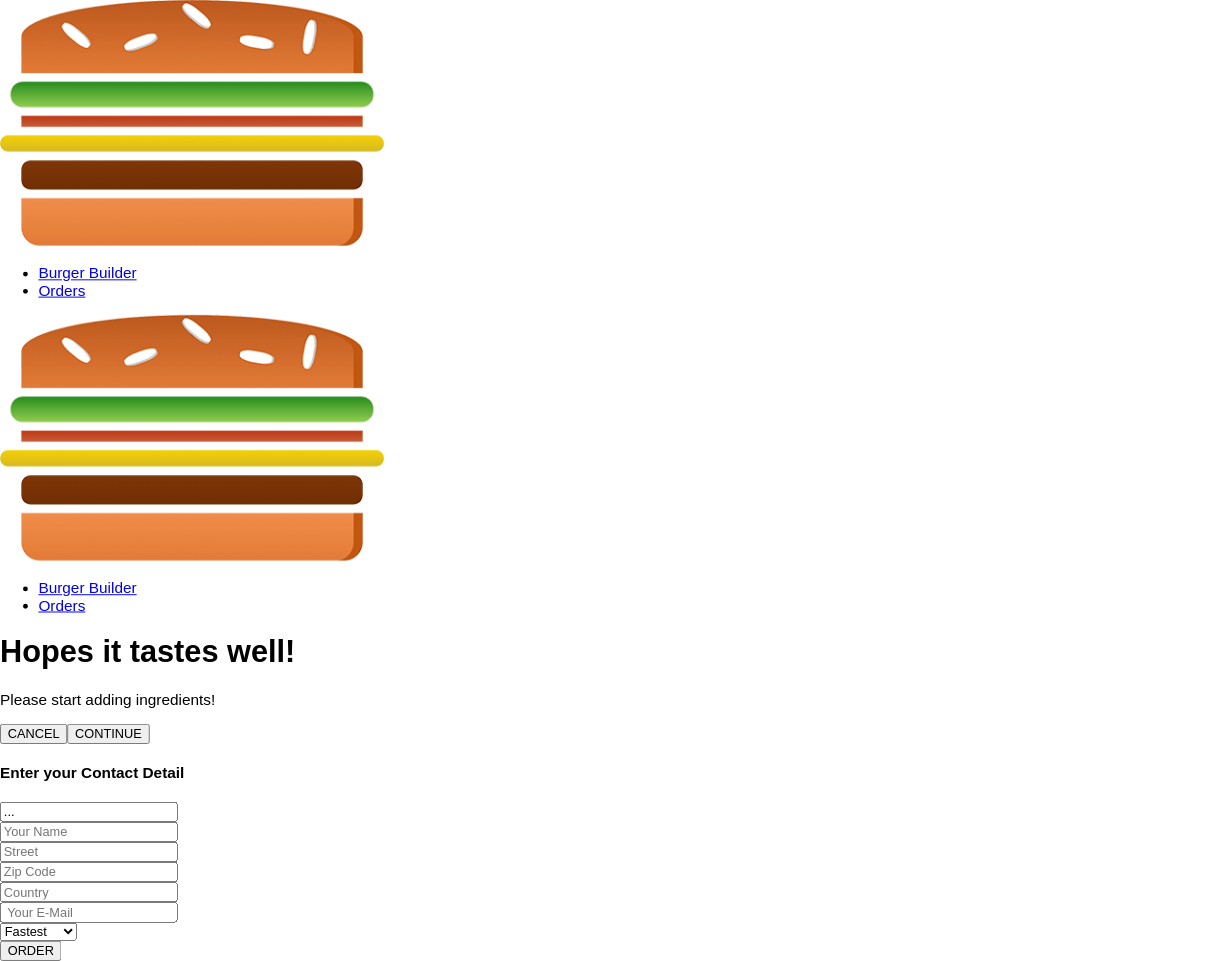
Repository: nidhi-abrol-sethi/react-burger-builder
Page: /checkout/contact-data
The author's editor kept a copy of each file at every save. The page is drawn from the files as they stood at one save, then again after the next save.
The browser window is 1280 px wide. The pictures show the whole page, at 96% of full size.
The project was rebuilt for these pictures with package versions that can differ from the ones it lists, and the page was loaded fresh each time. Also part of the build but not shown: src/hoc/Layout/Layout.css, src/components/Navigation/Toolbar/Toolbar.css, src/components/Logo/Logo.css, src/components/Navigation/NavigationItems/NavigationItems.css, src/components/Navigation/NavigationItem/NavigationItem.css, src/components/Navigation/SideDrawer/DrawerToggle/DrawerToggle.css, src/components/UI/Backdrop/Backdrop.css, src/components/Navigation/SideDrawer/SideDrawer.css and 20 more.

Above is the page before, as saved 2020-05-28 13:03:24.

### public/index.html
<!DOCTYPE html>
<html lang="en">

<head>
  <meta charset="utf-8">
  <meta name="viewport" content="width=device-width, initial-scale=1, shrink-to-fit=no">
  <meta name="theme-color" content="#000000">
  <!--
      manifest.json provides metadata used when your web app is added to the
      homescreen on Android. See https://developers.google.com/web/fundamentals/engage-and-retain/web-app-manifest/
    -->
  <link rel="manifest" href="%PUBLIC_URL%/manifest.json">
  <link rel="shortcut icon" href="%PUBLIC_URL%/favicon.ico">
  <!--
      Notice the use of %PUBLIC_URL% in the tags above.
      It will be replaced with the URL of the `public` folder during the build.
      Only files inside the `public` folder can be referenced from the HTML.

      Unlike "/favicon.ico" or "favicon.ico", "%PUBLIC_URL%/favicon.ico" will
      work correctly both with client-side routing and a non-root public URL.
      Learn how to configure a non-root public URL by running `npm run build`.
    -->
  <link href="https://fonts.googleapis.com/css2?family=Open+Sans:wght@400;700&display=swap" rel="stylesheet">
  <title>MyBurger</title>
</head>

<body>
  <noscript>
    You need to enable JavaScript to run this app.
  </noscript>
  <div id="root"></div>
  <!--
      This HTML file is a template.
      If you open it directly in the browser, you will see an empty page.

      You can add webfonts, meta tags, or analytics to this file.
      The build step will place the bundled scripts into the <body> tag.

      To begin the development, run `npm start` or `yarn start`.
      To create a production bundle, use `npm run build` or `yarn build`.
    -->
</body>

</html>

### src/index.js
import React from "react";
import ReactDOM from "react-dom";
import "./index.css";
import App from "./App";
import { BrowserRouter } from "react-router-dom";
import registerServiceWorker from "./registerServiceWorker";

const app = (
  <BrowserRouter>
    <App />
  </BrowserRouter>
);

ReactDOM.render(app, document.getElementById("root"));
registerServiceWorker();

### src/index.css
body {
  margin: 0;
  padding: 0;
  font-family: "Open-Sans", sans-serif;
}

### src/App.js
import React, { Component } from "react";
import { Route, Switch } from "react-router-dom";
import Layout from "./hoc/Layout/Layout";
import BurgerBuild from "./containers/BurgerBuild/BurgerBuild";
import Checkout from "./containers/Checkout/Checkout";
import Orders from "./containers/Orders/Orders";

class App extends Component {
  render() {
    return (
      <div>
        <Layout>
          <Switch>
            <Route path="/checkout" component={Checkout} />
            <Route path="/orders" component={Orders} />
            <Route path="/" exact component={BurgerBuild} />
          </Switch>
        </Layout>
      </div>
    );
  }
}

export default App;

### src/hoc/Layout/Layout.js
import React, { Component } from "react";

import Aux from "../Aux/Aux";
import classes from "./Layout.css";
import Toolbar from "../../components/Navigation/Toolbar/Toolbar";
import SideDrawer from "../../components/Navigation/SideDrawer/SideDrawer";

class Layout extends Component {
  state = {
    showSideDrawer: true
  };
  sideDrawerClosedHandler = () => {
    this.setState({ showSideDrawer: false });
  };
  sideDrawerToggleHandler = () => {
    this.setState(prevState => {
      return { showSideDrawer: !prevState.showSideDrawer };
    });
  };
  render() {
    return (
      <Aux>
        <Toolbar drawerToggleClicked={this.sideDrawerToggleHandler} />
        <SideDrawer
          open={this.state.showSideDrawer}
          closed={this.sideDrawerClosedHandler}
        />
        <main className={classes.Content}>{this.props.children}</main>
      </Aux>
    );
  }
}

export default Layout;

### src/containers/Checkout/Checkout.js
import React, { Component } from "react";
import { Route } from "react-router-dom";
import CheckoutSummary from "../../components/Order/CheckoutSummary/CheckoutSummary";
import ContactData from "../Checkout/ContactData/ContactData";

class Checkout extends Component {
  state = {
    ingredients: null,
    price: 0
  };

  componentWillMount() {
    const query = new URLSearchParams(this.props.location.search);
    const ingredients = {};
    let price = 0;
    for (let param of query.entries()) {
      if (param[0] === "price") {
        price = param[1];
      } else {
        //['salad','1']
        ingredients[param[0]] = +param[1];
      }
    }
    this.setState({ ingredients: ingredients, totalPrice: price });
  }
  checkoutCancelledHandler = () => {
    this.props.history.goBack();
  };
  checkoutContinuedHandler = () => {
    this.props.history.replace("/checkout/contact-data");
  };
  render() {
    return (
      <div>
        <CheckoutSummary
          ingredients={this.state.ingredients}
          checkoutCancelled={this.checkoutCancelledHandler}
          checkoutContinued={this.checkoutContinuedHandler}
        />
        <Route
          path={this.props.match.path + "/contact-data"}
          render={props => (
            <ContactData
              ingredients={this.state.ingredients}
              price={this.state.totalPrice}
              {...props}
            />
          )}
        />
      </div>
    );
  }
}

export default Checkout;

### src/components/Navigation/Toolbar/Toolbar.js
import React from "react";

import classes from "./Toolbar.css";
import Logo from "../../Logo/Logo";
import NavigationItems from "../NavigationItems/NavigationItems";
import DrawerToggle from "../SideDrawer/DrawerToggle/DrawerToggle";

const toolbar = props => (
  <header className={classes.Toolbar}>
    <DrawerToggle clicked={props.drawerToggleClicked} />
    <div className={classes.Logo}>
      <Logo />
    </div>

    <nav className={classes.DesktopOnly}>
      <NavigationItems />
    </nav>
  </header>
);

export default toolbar;

### src/components/Navigation/SideDrawer/SideDrawer.js
import React from "react";
import Logo from "../../Logo/Logo";
import NavigationItems from "../NavigationItems/NavigationItems";
import Backdrop from "../../UI/Backdrop/Backdrop";
import Aux from "../../../hoc/Aux/Aux";
import classes from "./SideDrawer.css";

const sideDrawer = props => {
  let attachedClasses = [classes.SideDrawer, classes.Close];
  if (props.open) {
    attachedClasses = [classes.SideDrawer, classes.Open];
  }
  return (
    <Aux>
      <Backdrop show={props.open} clicked={props.closed} />
      <div className={attachedClasses.join(" ")}>
        <div className={classes.Logo}>
          <Logo />
        </div>

        <nav>
          <NavigationItems />
        </nav>
      </div>
    </Aux>
  );
};

export default sideDrawer;

### src/components/Burger/Burger.js
import React from "react";

import classes from "./Burger.css";
import BurgerIngredient from "./BurgerIngredient/BurgerIngredient";

const burger = props => {
  let transformedIngredients = Object.keys(props.ingredients)
    .map(igKey => {
      return [...Array(props.ingredients[igKey])].map((_, i) => {
        return <BurgerIngredient key={igKey + i} type={igKey} />;
      });
    })
    //console.log(transformedIngredients);
    .reduce((arr, el) => {
      return arr.concat(el);
    }, []);
  if (transformedIngredients.length === 0) {
    transformedIngredients = <p>Please start adding ingredients!</p>;
  }
  return (
    <div className={classes.Burger}>
      <BurgerIngredient type="bread-top" />
      {transformedIngredients}
      <BurgerIngredient type="bread-bottom" />
    </div>
  );
};

export default burger;

### src/axios-orders.js
import axios from "axios";

const instance = axios.create({
  baseURL: "https://react-my-burger-e3b7c.firebaseio.com/"
});

export default instance;

### src/components/Order/CheckoutSummary/CheckoutSummary.js
import React from "react";
import Burger from "../../Burger/Burger";
import Button from "../../UI/Button/Button";
import classes from "./CheckoutSummary.css";

const checkoutSummary = props => {
  return (
    <div className={classes.CheckoutSummary}>
      <h1>Hopes it tastes well!</h1>
      <div style={{ width: "100%", margin: "auto" }}>
        <Burger ingredients={props.ingredients} />
      </div>
      <Button btnType="Danger" clicked={props.checkoutCancelled}>
        CANCEL
      </Button>
      <Button btnType="Success" clicked={props.checkoutContinued}>
        CONTINUE
      </Button>
    </div>
  );
};

export default checkoutSummary;

### src/containers/Checkout/ContactData/ContactData.js
import React, { Component } from "react";

import Button from "../../../components/UI/Button/Button";
import Spinner from "../../../components/UI/Spinner/Spinner";
import classes from "./ContactData.css";
import axios from "../../../axios-orders";
import Input from "../../../components/UI/Input/Input";

class ContactData extends Component {
  state = {
    orderForm: {
      name: {
        elementType: "input",
        elementConfig: {
          type: "text",
          placeholder: "Your Name"
        },
        value: ""
      },

      street: {
        elementType: "input",
        elementConfig: {
          type: "text",
          placeholder: "Street"
        },
        value: ""
      },
      zipcode: {
        elementType: "input",
        elementConfig: {
          type: "text",
          placeholder: "Zip Code"
        },
        value: ""
      },
      country: {
        elementType: "input",
        elementConfig: {
          type: "text",
          placeholder: "Country"
        },
        value: ""
      },

      email: {
        elementType: "input",
        elementConfig: {
          type: "email",
          placeholder: " Your E-Mail"
        },
        value: ""
      },

      deliveryMethod: {
        elementType: "select",
        elementConfig: {
          options: [
            { value: "fastest", displayValue: "Fastest" },
            { value: "cheapest", displayValue: "Cheapest" }
          ]
        },
        value: ""
      }
    },

    loading: false
  };
  orderHandler = event => {
    event.preventDefault();
    //console.log(this.props.ingredients);
    this.setState({ loading: true });
    const order = {
      ingredients: this.props.ingredients,
      price: this.props.price
    };

    axios
      .post("/orders.json", order)
      .then(response => {
        this.setState({ loading: false });
        this.props.history.push("/");
      })

      .catch(error => {
        this.setState({ loading: false });
      });
  };
  render() {
    const formElementArray = [];
    for (let key in this.state.orderForm) {
      formElementArray.push({
        id: key,
        config: this.state.orderForm[key]
      });
    }
    let form = (
      <form>
        <Input elementType="..." elementConfig="..." value="..." />
        {formElementArray.map(formElement => (
          <Input
            key={formElement.id}
            elementType={formElement.config.elementType}
            elementConfig={formElement.config.elementConfig}
            value={formElement.config.value}
          />
        ))}

        <Button inputType="input" btnType="Success" clicked={this.orderHandler}>
          ORDER
        </Button>
      </form>
    );
    if (this.state.loading) {
      form = <Spinner />;
    }
    return (
      <div className={classes.ContactData}>
        <h4>Enter your Contact Detail</h4>
        {form}
      </div>
    );
  }
}

export default ContactData;

### src/components/Logo/Logo.js
import React from "react";

import burgerLogo from "../../assets/images/burger-logo.png";
import classes from "./Logo.css";
const logo = props => (
  <div className={classes.Logo}>
    <img src={burgerLogo} alt="MyBurger" />
  </div>
);

export default logo;

### src/components/Navigation/NavigationItems/NavigationItems.js
import React from "react";

import classes from "./NavigationItems.css";
import NavigationItem from "../NavigationItem/NavigationItem";

const navigationItems = props => (
  <ul className={classes.NavigationItems}>
    <NavigationItem link="/" exact>
      Burger Builder
    </NavigationItem>
    <NavigationItem link="/orders">Orders</NavigationItem>
  </ul>
);
export default navigationItems;

### src/components/Navigation/SideDrawer/DrawerToggle/DrawerToggle.js
import React from "react";

import classes from "./DrawerToggle.css";

const drawerToggle = props => (
  <div className={classes.DrawerToggle} onClick={props.clicked}>
    <div></div>
    <div></div>
    <div></div>
  </div>
);
export default drawerToggle;

### src/components/UI/Backdrop/Backdrop.js
import React from "react";

import classes from "./Backdrop.css";

const backdrop = props =>
  props.show ? (
    <div className={classes.Backdrop} onClick={props.clicked}></div>
  ) : null;

export default backdrop;

### src/components/Burger/BurgerIngredient/BurgerIngredient.js
import React, { Component } from "react";
import PropTypes from "prop-types";

import classes from "./BurgerIngredient.css";

class BurgerIngredient extends Component {
  render() {
    let ingredient = null;

    switch (this.props.type) {
      case "bread-bottom":
        ingredient = <div className={classes.BreadBottom}></div>;
        break;
      case "bread-top":
        ingredient = (
          <div className={classes.BreadTop}>
            <div className={classes.Seeds1}></div>
            <div className={classes.Seeds2}></div>
          </div>
        );
        break;
      case "meat":
        ingredient = <div className={classes.Meat}></div>;
        break;
      case "cheese":
        ingredient = <div className={classes.Cheese}></div>;
        break;
      case "salad":
        ingredient = <div className={classes.Salad}></div>;
        break;
      case "bacon":
        ingredient = <div className={classes.Bacon}></div>;
        break;
      default:
        ingredient = null;
    }
    return ingredient;
  }
}

BurgerIngredient.propTypes = {
  type: PropTypes.string.isRequired
};

export default BurgerIngredient;

### src/components/UI/Button/Button.js
import React from "react";

import classes from "./Button.css";
const button = props => (
  <button
    className={[classes.Button, classes[props.btnType]].join(" ")}
    onClick={props.clicked}
  >
    {props.children}
  </button>
);

export default button;

### src/components/UI/Input/Input.js
import React from "react";
import classes from "./Input.css";

const input = props => {
  let inputElement = null;

  switch (props.elementType) {
    case "input":
      inputElement = (
        <input
          className={classes.InputElement}
          {...props.elementConfig}
          value={props.value}
        />
      );
      break;
    case "textarea":
      inputElement = (
        <textarea
          className={classes.InputElement}
          {...props.elementConfig}
          value={props.value}
        />
      );
      break;
    case "select":
      inputElement = (
        <select
          className={classes.InputElement}
          value={props.value}
          onChange={props.changed}
        >
          {props.elementConfig.options.map(option => (
            <option key={option.value} value={option.value}>
              {option.displayValue}
            </option>
          ))}
        </select>
      );
      break;
    default:
      inputElement = (
        <input
          className={classes.InputElement}
          {...props.elementConfig}
          value={props.value}
        />
      );
  }

  return (
    <div className={classes.Input}>
      <label className={classes.Label}>{props.label}</label>
      {inputElement}
    </div>
  );
};

export default input;

### src/components/Navigation/NavigationItem/NavigationItem.js
import React from "react";

import { NavLink } from "react-router-dom";
import classes from "./NavigationItem.css";

const navigationItem = props => (
  <li className={classes.NavigationItem}>
    <NavLink
      to={props.link}
      exact={props.exact}
      activeClassName={classes.active}
    >
      {props.children}
    </NavLink>
  </li>
);

export default navigationItem;

Loaded but not shown: src/registerServiceWorker.js (common file); src/hoc/Aux/Aux.js (common file)

After the next save:
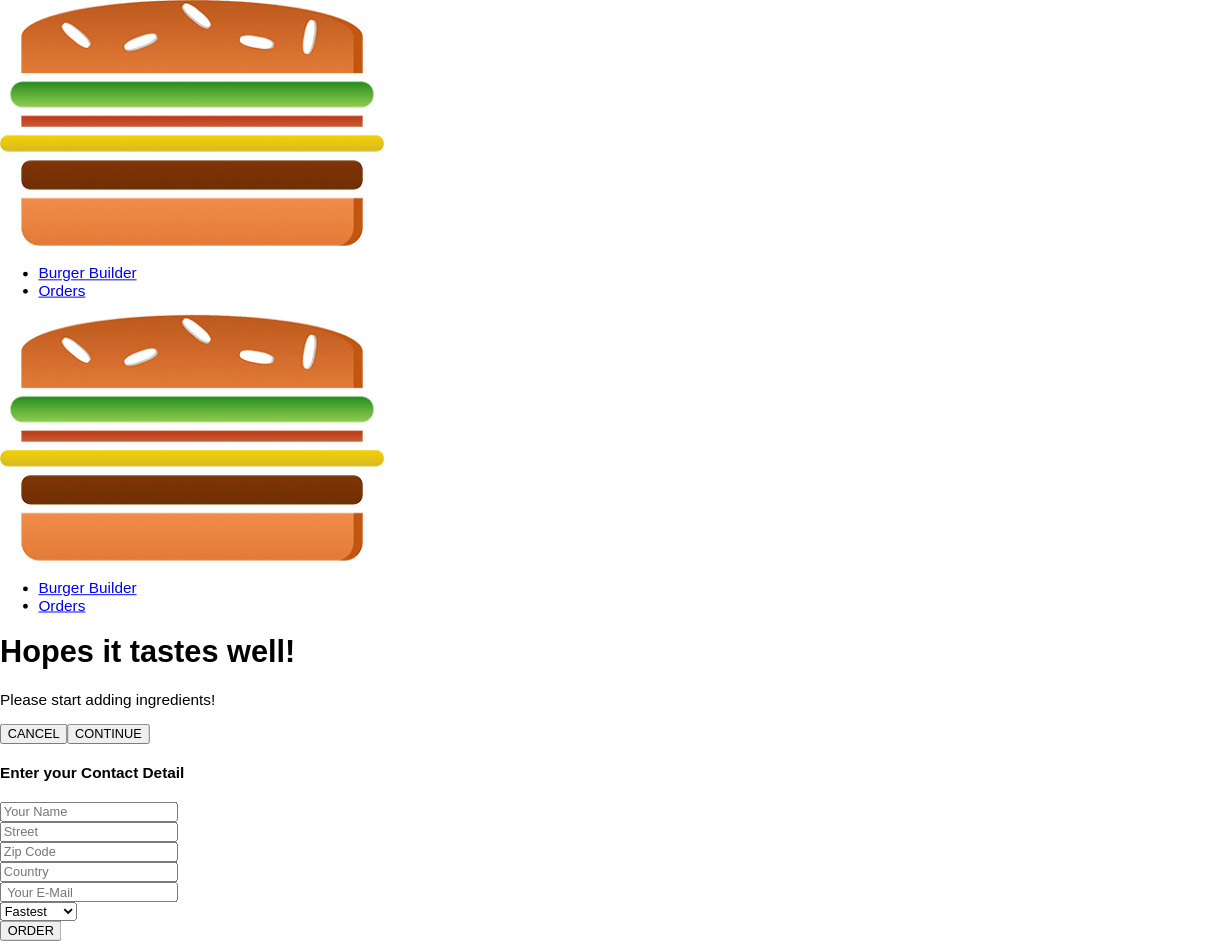
Saved 46 s later.
--- a/src/containers/Checkout/ContactData/ContactData.js
+++ b/src/containers/Checkout/ContactData/ContactData.js
@@ -96,7 +96,6 @@ class ContactData extends Component {
     }
     let form = (
       <form>
-        <Input elementType="..." elementConfig="..." value="..." />
         {formElementArray.map(formElement => (
           <Input
             key={formElement.id}
